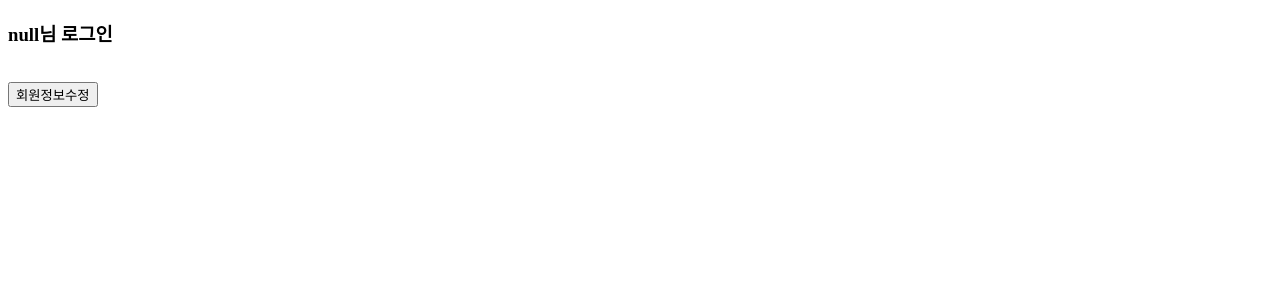
Repository: Gmajorlist/HTML
Page: http://localhost/memberJSP/member/loginOk.jsp
These files come from the project's save history. The page is drawn as it stood at one moment and after the next save; the edit follows.
The browser window is 1280 px wide. The pictures show the whole page.
The page is served by Tomcat 9.

Above is the page before, as saved 2023-03-06 07:48:32.

After the next save:
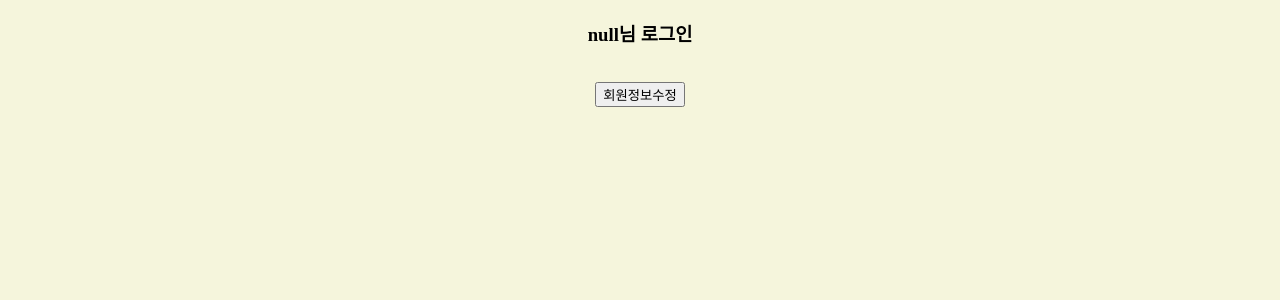
Saved 49 s later.
--- a/memberJSP/src/main/webapp/member/loginOk.jsp
+++ b/memberJSP/src/main/webapp/member/loginOk.jsp
@@ -12,7 +12,8 @@
 <meta charset="UTF-8">
 <title>Insert title here</title>
 </head>
-<body>
+<body style="background-color:beige">
+<center>
 <h3><%=name %>님 로그인</h3>
 	<br>
 	<input type="button" value="회원정보수정" onclick="location.href='updateForm.jsp'">
